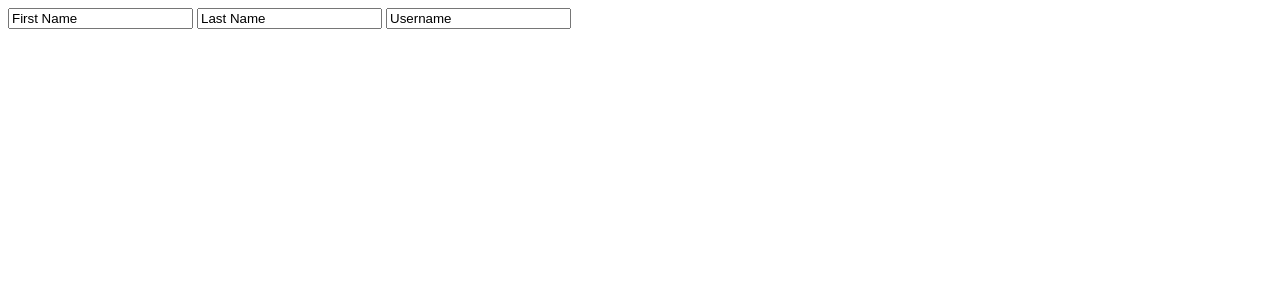
Repository: Muhairiz/Web
Page: http://localhost/Muhairiz/NewFile.jsp
These files come from the project's save history. The page is drawn as it stood at one moment and after the next save; the edit follows.
The browser window is 1280 px wide. The pictures show the whole page.
The page is served by Tomcat 9. Other server files are loaded and not shown.

Above is the page before, as saved 2020-08-05 22:41:07.

### Muhairiz/WebContent/NewFile.jsp
<%@ page language="java" contentType="text/html; charset=ISO-8859-1"
    pageEncoding="ISO-8859-1"%>
<!DOCTYPE html>
<html>
<head>
<meta charset="ISO-8859-1">
<title>Hello jsp</title>
</head>
<body>
<form action="Hello" method="post">
	<input type="text" name="fname" value="First Name">
	<input type="text" name="lname" value="Last Name">
	<input type="text" name="uname" value="Username">
</form>
</body>
</html>

After the next save:
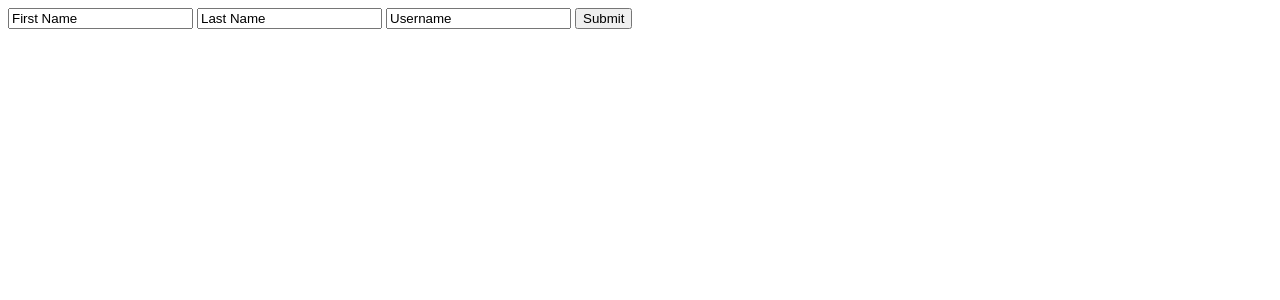
Saved 65 s later.
--- a/Muhairiz/WebContent/NewFile.jsp
+++ b/Muhairiz/WebContent/NewFile.jsp
@@ -11,6 +11,7 @@
 	<input type="text" name="fname" value="First Name">
 	<input type="text" name="lname" value="Last Name">
 	<input type="text" name="uname" value="Username">
+	<input type="submit" name="btnsub">
 </form>
 </body>
 </html>
